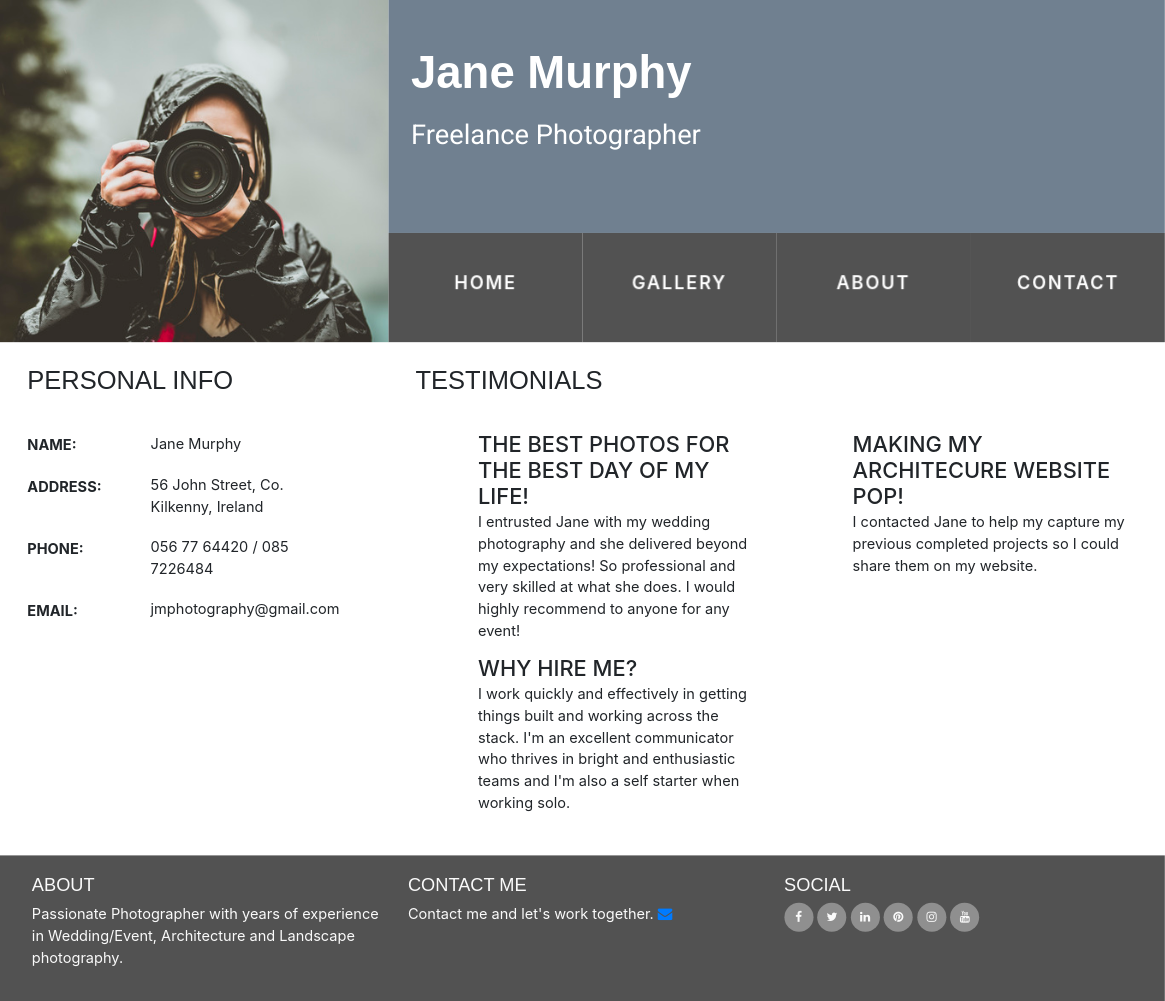
Repository: Code-Institute-Submissions/MrChrisRandall-milestone-1
Page: index.html
The author's editor kept a record of every edit. The page is drawn from the files as they stood at one moment, then again after the next edit.
The browser window is 1280 px wide. The pictures show the whole page, at 91% of full size.

Above is the page before.

### index.html
<!DOCTYPE html>
<html lang="en">

<head>
    <meta charset="UTF-8">
    <meta name="viewport" content="width=device-width, initial-scale=1.0">
    <meta http-equiv="X-UA-Compatible" content="ie=edge">
    <link rel="stylesheet" href="https://stackpath.bootstrapcdn.com/bootstrap/4.3.1/css/bootstrap.min.css" type="text/css" />
    <link rel="stylesheet" href="https://stackpath.bootstrapcdn.com/font-awesome/4.7.0/css/font-awesome.min.css" type="text/css" />
    <link rel="stylesheet" href="https://cdnjs.cloudflare.com/ajax/libs/hover.css/2.3.1/css/hover-min.css" type="text/css" />
    <link rel="stylesheet" href="assets/css/style.css" type="text/css" />
    <title>Studio 21</title>
</head>

<body>
    <header>
        <div class="row no-gutters">
            <a href="index.html" class="col-md-4 logo">

            </a>
            <div class="col-md-8">
                <div class="row no-gutters bg-color-name-title">
                    <div class="col heading">
                        <h1 class="name">Jane Murphy</h1>
                        <h2 class="title">Freelance Photographer</h2>
                    </div>
                </div>
                <div class="row no-gutters">
                    <div class="col">
                        <ul id="nav" class="list-inline menucontainer">
                            <li class="col-2 col-sm-3 ui-menu-color-home list-inline-item menuitem">
                                <a href="#" class="hvr-grow-shadow"><span>Home</span></a>
                            </li>
                            <li class="col-2 col-sm-3 ui-menu-color-gallery list-inline-item menuitem">
                                <a href="#" class="hvr-grow-shadow"><span>Gallery</span></a>
                            </li>
                            <li class="col-2 col-sm-3 ui-menu-color-about list-inline-item menuitem">
                                <a href="#" class="hvr-grow-shadow"><span>About</span></a>
                            </li>
                            <li class="col-2 col-sm-3 ui-menu-color-contact list-inline-item menuitem">
                                <a href="#" class="hvr-grow-shadow"><span>Contact</span></a>
                            </li>
                        </ul>
                    </div>
                </div>

            </div>
        </div>

    </header>

    <section class="container-fluid">
        <div class="row">
            <div class="col-md-4 bg-color-personal-info section-column">
                <div class="row">
                    <div class="col-12">
                        <h3 class="section-heading uppercase">
                            Personal Info
                        </h3>
                    </div>
                </div>
                <div class="personal-info-item">
                    <div class="key">
                        <p class="uppercase">
                            Name:
                        </p>
                    </div>
                    <div class="value">
                        <p>
                            Jane Murphy
                        </p>
                    </div>
                </div>
                <div class="personal-info-item">
                    <div class="key">
                        <p class="uppercase">
                            Address:
                        </p>
                    </div>
                    <div class="value">
                        <p>
                            56 John Street, Co. Kilkenny, Ireland
                        </p>
                    </div>
                </div>
                <div class="personal-info-item">
                    <div class="key">
                        <p class="uppercase">
                            Phone:
                        </p>
                    </div>
                    <div class="value">
                        <p>
                            056 77 64420 / 085 7226484
                        </p>
                    </div>
                </div>
                <div class="personal-info-item">
                    <div class="key">
                        <p class="uppercase">
                            Email:
                        </p>
                    </div>
                    <div class="value">
                        <p>
                            jmphotography@gmail.com
                        </p>
                    </div>
                </div>
            </div>
            <div class="col-md-8 bg-color-three-reasons section-column">
                <div class="row">
                    <div class="col">
                        <h3 class="section-heading uppercase">Testimonials</h3>
                    </div>
                </div>
                <div class="row">
                    <div class="col-10 offset-1 offset-sm-0 col-sm-4 col-md-6">
                        <div class="row">
                            <div class="col-2">
                            </div>
                            <div class="col-10">
                                <h4 class="uppercase">The best photos for the best day of my life!</h4>
                                <p>
                                    I entrusted Jane with my wedding photography and she delivered beyond my expectations! So professional and very skilled at what she does. I would highly recommend to anyone for any event!
                                </p>
                            </div>
                        </div>
                    </div>
                    <div class="col-10 offset-1 offset-sm-0 col-sm-4 col-md-6">
                        <div class="row">
                            <div class="col-2">
                            </div>
                            <div class="col-10">
                                <h4 class="uppercase">Making my architecure website pop!</h4>
                                <p>
                                    I contacted Jane to help my capture my previous completed projects so I could share them on my website.
                                </p>
                            </div>
                        </div>
                    </div>
                    <div class="col-10 offset-1 offset-sm-0 col-sm-4 col-md-6">
                        <div class="row">
                            <div class="col-2">
                            </div>
                            <div class="col-10">
                                <h4 class="uppercase">Why hire me?</h4>
                                <p>
                                    I work quickly and effectively in getting things built and working across the stack. I'm an excellent communicator who thrives in bright and enthusiastic teams and I'm also a self starter when working solo.
                                </p>
                            </div>
                        </div>
                    </div>
                </div>
            </div>
        </div>

    </section>

    <footer class="container-fluid">
        <div id="footer-details" class="row">
            <div class="col-sm-4">
                <h5 class="uppercase general-sub">About</h5>
                <p class="inline-block">
                    Passionate Photographer with years of experience in Wedding/Event, Architecture and Landscape photography.
                </p>
            </div>
            <div class="col-sm-4">
                <h5 class="uppercase general-sub">Contact Me</h5>
                <p class="inline-block">
                    Contact me and let's work together.
                    <a href="contact.html" class="contant-link">
                        <i class="fa fa-envelope" aria-hidden="true"></i>
                        <span class="sr-only">Contact link.</span>
                    </a>
                </p>
            </div>
            <div class="col-sm-4">
                <h5 class="uppercase general-sub">Social</h5>
                <ul class="list-inline social-links">
                    <li class="list-inline-item">
                        <a target="_blank" href="#">
                            <i class="fa fa-facebook" aria-hidden="true"></i>
                            <span class="sr-only">Facebook</span>
                        </a>
                    </li>
                    <li class="list-inline-item">
                        <a target="_blank" href="#">
                            <i class="fa fa-twitter" aria-hidden="true"></i>
                            <span class="sr-only">Twitter</span>
                        </a>
                    </li>
                    <li class="list-inline-item">
                        <a target="_blank" href="#">
                            <i class="fa fa-linkedin" aria-hidden="true"></i>
                            <span class="sr-only">LinkedIn</span>
                        </a>
                    </li>
                    <li class="list-inline-item">
                        <a target="_blank" href="#">
                            <i class="fa fa-pinterest" aria-hidden="true"></i>
                            <span class="sr-only">Pinterest</span>
                        </a>
                    </li>
                    <li class="list-inline-item">
                        <a target="_blank" href="#">
                            <i class="fa fa-instagram" aria-hidden="true"></i>
                            <span class="sr-only">Instagram</span>
                        </a>
                    </li>
                    <li class="list-inline-item">
                        <a target="_blank" href="#">
                            <i class="fa fa-youtube" aria-hidden="true"></i>
                            <span class="sr-only">YouTube</span>
                        </a>
                    </li>
                </ul>
            </div>
        </div>
    </footer>

</body>

</html>

### assets/css/style.css
@import url('https://fonts.googleapis.com/css?family=Roboto&display=swap:100,200,300,400,500,600,700|Exo:100,200,300,400,500,600,700');


/*--------------------------------------------------Colors*/

.bg-color-name-title {
    background-color: #708090;
}

.ui-menu-color-home {
    background-color: #525252;
}

.ui-menu-color-gallery {
    background-color: #525252;
}

.ui-menu-color-about {
    background-color: #525252;
}

.ui-menu-color-contact {
    background-color: #525252;
}

/*--------------------------------------------------General*/

h1,
h2,
h3,
h4 {
    margin: 0;
}

.uppercase {
    text-transform: uppercase;
}

.general-sub {
    font-family: "Exo", sans-serif;
    font-weight: 300;
    color: #fafafa
}

.inline-block {
    display: inline-block;
}

.row-table {
    display: table;
}

.section-column {
    display: table-cell;
    padding: 0 30px 30px;
    float: none;
}

.history-heading,
.section-heading {
    font-family: "Exo", sans-serif;
    font-weight: 300;
    margin-top: 25px;
    margin-bottom: 40px;
}

/*--------------------------------------------------Header*/

.header {
    margin: 0;
}

.heading {
    margin-left: 25px;
}

.logo {
    background: url(../images/pic.jpg);
    background-position: center;
    background-repeat: no-repeat;
    background-size: cover;
    min-height: 360px;
}

.name {
    font-family: "Exo", sans-serif;
    font-weight: 600;
    font-size: 50px;
    margin-top: 50px;
    color: #fff;
}

.title {
    font-family: "Roboto", sans-serif;
    font-weight: 400;
    font-size: 30px;
    margin-top: 20px;
    margin-bottom: 90px;
    color: #fff;
}

.list-inline-item:not(:last-child) {
    margin: 0;
}

.menucontainer {
    font-size: 0;
}

#nav {
    margin: 0;
}

#nav li {
    font-size: 14px;
    padding: 0;
}

.menuitem {
    height: 120px;
    text-align: center;
    padding: 0;
}

.menuitem a {
    width: 100%;
    text-decoration: none;
    color: #fff;
    height: 120px;
}

.menuitem span {
    display: block;
    width: 100%;
    padding-top: 40px;
    text-align: center;
    text-transform: uppercase;
    font-size: 20px;
    font-weight: 600;
    letter-spacing: 2px;
}

/*--------------------------------------------------Footer*/

footer {
    background-color: #525252;
    color: #fafafa;
    min-height: 120px;
    margin: 0;
}

.contact-link i {
    width: 32px;
    height: 32px;
    padding: 12px 0;
    border-radius: 50%;
    font-size: 13px;
    line-height: 7px;
    text-align: center;
    color: #fafafa;
    background: #8f8f8f;
    transition: all 0.35s ease-in-out;
    -moz-transition: all 0.35s ease-in-out;
    -webkit-transition: all 0.35s ease-in-out;
    -o-transition: all 0.35s ease-in-out;
}

.social-links {
    padding-bottom: 15px;
}

.social-links li a i {
    width: 32px;
    height: 32px;
    padding: 12px 0;
    border-radius: 50%;
    font-size: 13px;
    line-height: 7px;
    text-align: center;
    color: #fafafa;
    background: #8f8f8f;
    transition: all 0.35s ease-in-out;
    -moz-transition: all 0.35s ease-in-out;
    -webkit-transition: all 0.35s ease-in-out;
    -o-transition: all 0.35s ease-in-out;
}

.social-links li a i:hover {
    background: #708090;
}

#footer-details {
    padding: 20px;
}

/*--------------------------------------------------Personal Info*/

.personal-info-item {
    margin-bottom: 20px;
    display: block;
    clear: both;
}

.personal-info-item .key,
.personal-info-item .value {
    padding-right: 8px;
    display: inline-block;
}

.personal-info-item .key p,
.personal-info-item .value p {
    margin: 0;
}

.personal-info-item .key {
    width: 30%;
    margin-right: 21px;
    padding-top: 2px;
    vertical-align: top;
}

.personal-info-item .key p {
    font-weight: 700;
}

.personal-info-item .value {
    position: relative;
    width: 60%;
}

/*--------------------------------------------------Contact Form*/

.contact-heading {
    font-family: "Exo", sans-serif;
    font-weight: 300;
    margin-top: 25px;
    margin-bottom: 20px;
}

.center-form {
    padding-top: 10px;
    margin: 0 auto;
    max-width: 70%;
}

button[type="submit"] {
    margin-top: 15px;
    margin-bottom: 20px;
    color: #fafafa;
    background-color: #e84610;
}

/*--------------------------------------------------Gallery*/

.flex-container {
    width: 1280px;
    min-height: 500px;
    background: #fff;
    margin: 70px auto 0;
    display: flex;
    flex-direction: row;
    flex-wrap: wrap;
}

.flex-container .box {
    position: relative;
    width: 250px;
    height: 167px;
    background: #000000;
    margin: 25px;
    display: inline-block
}

.flex-container .box .imgBox {
    position: relative;
}

.flex-container .box .imgBox img {
    max-width: 250px;
    width: 250px;
    max-height: 167px;
    transition: transform 2s;
}

.flex-container .box:hover .imgBox img {
    transform: scale(1.15);
}

After the next edit:
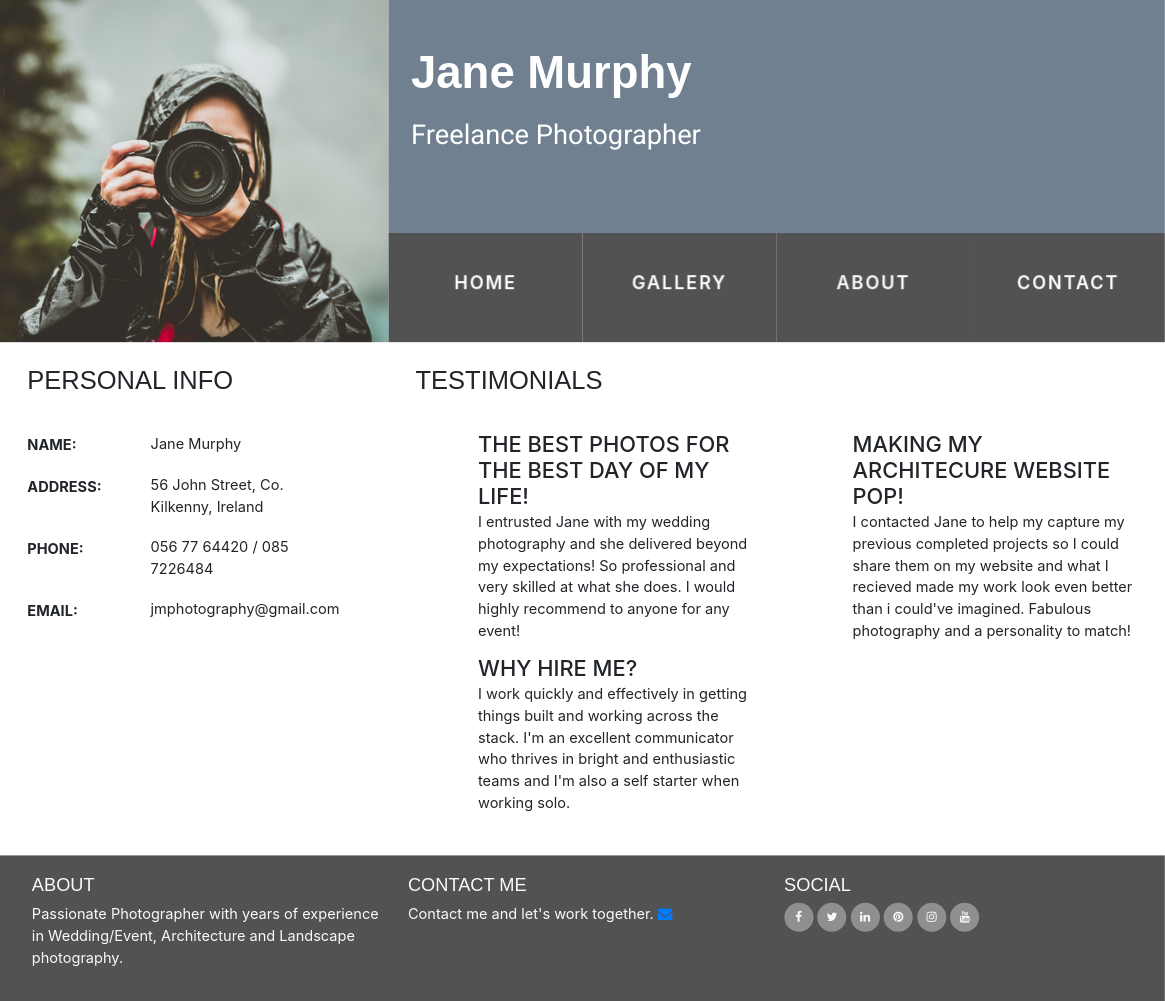
The edit:
--- a/index.html
+++ b/index.html
@@ -134,7 +134,7 @@
                             <div class="col-10">
                                 <h4 class="uppercase">Making my architecure website pop!</h4>
                                 <p>
-                                    I contacted Jane to help my capture my previous completed projects so I could share them on my website.
+                                    I contacted Jane to help my capture my previous completed projects so I could share them on my website and what I recieved made my work look even better than i could've imagined. Fabulous photography and a personality to match!
                                 </p>
                             </div>
                         </div>
